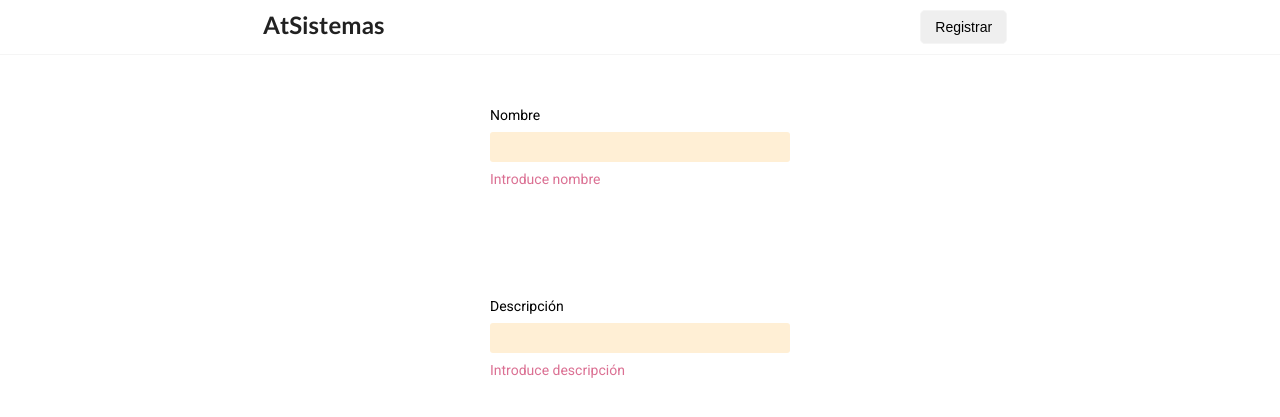
Repository: banchiec/atsistemas
Page: /site/register-site
These files come from the project's save history. The page is drawn as it stood at one moment and after the next save; the edit follows.
The browser window is 1280 px wide. The pictures show the whole page.
The project was rebuilt for these pictures with package versions that can differ from the ones it lists, and the page was loaded fresh each time. Also part of the build but not shown: src/components/SiteCard/SiteCard.js, src/redux/actions/sitesActions.js, src/screens/SiteScreen/SiteScreen.js, src/screens/SiteDetailsScreen/SiteDetailsScreen.js.

Above is the page before, as saved 2022-08-16 14:15:39.

### src/index.js
import React from "react";
import ReactDOM from "react-dom";
import App from "./App";
import store from "./redux/store";
import { Provider } from "react-redux";

ReactDOM.render(
  <React.StrictMode>
    <Provider store={store}>
      <App />
    </Provider>
  </React.StrictMode>,
  document.getElementById("root")
);

### src/App.js
import React from "react";
import { BrowserRouter as Router, Switch, Route } from "react-router-dom";
import SiteScreen from "./screens/SiteScreen/SiteScreen";
import SiteDetailsScreen from './screens/SiteDetailsScreen/SiteDetailsScreen'
import Header from "./components/Header/Header";
import "./App.css";
import RegisterSiteScreen from "./screens/RegisterSiteScreen/RegisterSiteScreen";

function App() {
  return (
    <div className="App">
      <Header/>
      <Router>
        <Switch>
          <Route path="/" exact component={SiteScreen} />
          <Route path="/site/register-site" exact component={RegisterSiteScreen} />
          <Route path="/site/:siteId" exact component={SiteDetailsScreen} />
          <Route>404 Not Found!</Route>
        </Switch>
      </Router>
    </div>
  );
}

export default App;

### src/components/Header/Header.js
import {ContainerHeader} from './headerStyled'

const Header = () => {
  function handleClick(){
    console.log("Object");
  }
	return(
    <ContainerHeader>
      <div>
        <h2>AtSistemas</h2>
      </div>
      <div>
        <button onClick={handleClick}>Registrar</button>
      </div>
    </ContainerHeader>
	)
}
export default Header

### src/App.css
* {
  font-family: "Roboto", sans-serif;
  padding: 0;
  margin: 0;
}

.ui.cards > .card > .image {
  height: 250px;
  padding: 20px;
  background: #fff;
  margin: auto;
}
.ui.cards > .card > .image > img {
  height: 100%;
  max-width: 100%;
  width: auto;
}
.ui.cards > .card > .content > .header {
  height: 48px;
  overflow: hidden;
  margin-bottom: 5px;
}
.ui.cards > .card > .content > .list{
  height: 36px;
  margin-bottom: 0px;
  overflow: hidden;
}
.ui.cards > .card .meta.name{
  margin-bottom: 5px;
  font-size: 18px;
  color: #333;
  font-weight: 600;
}

.ui.cards > .card .meta.name> a {
  font-size: 1.3rem;
  color: #222;
}

.ui.menu.fixed {
  height: 60px;
  padding-top: 15px;
}

.ui.grid.container {
  margin-top: 200px;
}

.ui.grid > .row {
  background: #fff;
}
.ui.grid > .row > .column.lp {
  padding: 20px 40px 20px 20px;
  align-self: flex-start !important;
}
.ui.grid > .row > .column.rp {
  padding: 20px 20px 20px 40px;
  text-align: left;
  align-self: flex-start !important;
}

.ui.grid > .row > .column > img,
.ui.grid > .row > img {
  height: 100%;
}
.ui.placeholder .header:not(:first-child):before,
.ui.placeholder .image:not(:first-child):before,
.ui.placeholder .paragraph:not(:first-child):before {
  display: none;
}

.ui.label,
.ui.labels .label {
  font-size: 22px;
}

.column.rp h1 {
  color: #333;
}
.column.rp p {
  font-size: 18px;
  color: #777;
}
.ui.placeholder.segment .column .button,
.ui.placeholder.segment .column .field,
.ui.placeholder.segment .column textarea,
.ui.placeholder.segment .column > .ui.input {
  background-color: #ff3e6c;
  border: 1px solid #ff3e6c;
  color: #fff;
  font-size: 18px;
  margin-left: 0;
}

### src/screens/RegisterSiteScreen/RegisterSiteScreen.js
import { ContainerRegisterSiteScreen, FormControl, Input, Label, Message } from "./registerSiteScreenStyled"

const RegisterSiteScreen = () => {

	const handleSubmit = () => {
		console.log("object");
	}
	return(
		<ContainerRegisterSiteScreen>
			<FormControl>
				<Label htmlFor="label">Nombre</Label>
				<Input id='label'/>
				<Message>Introduce nombre</Message>
			</FormControl>
			<FormControl>
				<Label htmlFor="label">Descripción</Label>
				<Input id='label'/>
				<Message>Introduce descripción</Message>
			</FormControl>
		</ContainerRegisterSiteScreen>
	)
}
export default RegisterSiteScreen

### src/redux/reducers/index.js
import { combineReducers } from "redux";
import { sitesReducer, selectedSiteReducer } from "./sitesReducer";
const reducers = combineReducers({
  allSites: sitesReducer,
  site: selectedSiteReducer,
});
export default reducers;

### src/components/Header/headerStyled.js
import styled from 'styled-components'

const ContainerHeader = styled.div`
	display: flex;
	flex-direction: row;
	border-bottom: 1px solid whitesmoke;
	justify-content: space-around;
	div {
		padding: 10px;
		button{
			border-radius: 5px;
			padding: 8px 14px 8px 14px;
			border: 1px solid whitesmoke;
			margin: 0px 10px 0px 10px;
			:hover {
				background: black ;
				color: white;
				transition: 1s ease-out;
			}
		}
	}
`
export {
	ContainerHeader
}

### src/screens/RegisterSiteScreen/registerSiteScreenStyled.js
import styled from "styled-components";

export const ContainerRegisterSiteScreen = styled.div`
	display: flex;
	flex-direction: column;
	justify-content: center;
	align-items: center;
`
export const FormControl = styled.div`
	color: palevioletred;
	display: block;
	width: 300px;
	margin: 50px auto;
`
export const Label = styled.label`
	display: block;
	margin-bottom: 0.5em;
	color: black;
`
export const Input = styled.input`
	padding:  0.5em;
	color: black;
	background:  papayawhip;
	border: none;
	border-radius: 3px;
	width: 100%;
	margin-bottom: 0.5em;
`
export const Message = styled.label`
	margin-bottom: 0.5em;
	color: palevioletred;
	display: block;
`

### src/redux/reducers/sitesReducer.js
import { ActionTypes } from "../constants/action-types";
const intialState = {
  sites: [],
};

export const sitesReducer = (state = intialState, { type, payload }) => {
  switch (type) {
    case ActionTypes.SET_SITES:
      return {
        ...state,
        sites: payload
      };
    default:
      return state;
  }
};

export const selectedSiteReducer = (state = {}, { type, payload }) => {
  switch (type) {
    case ActionTypes.SELECTED_SITE:
      return {
        ...state,
        ...payload
      };
    case ActionTypes.REMOVE_SELECTED_SITE:
      return {};
    default:
      return state;
  }
};

### src/redux/constants/action-types.js
export const ActionTypes = {
  FETCH_SITES: 'FETCH_SITES',
  SET_SITES: "SET_SITES",
  SELECTED_SITE: "SELECTED_SITE",
  REMOVE_SELECTED_SITE: "REMOVE_SELECTED_SITE",
};

Loaded but not shown: public/index.html (common file); src/redux/store.js (common file)

After the next save:
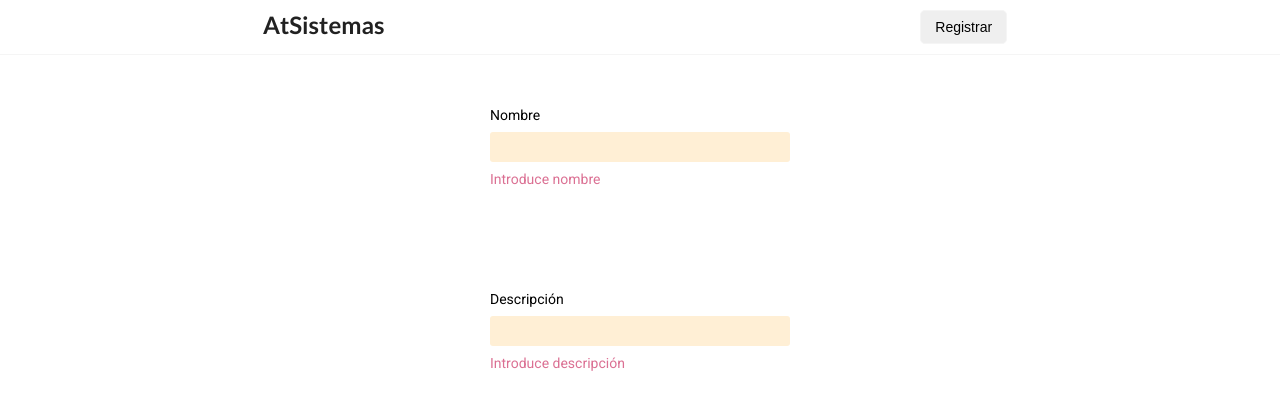
Saved 18 s later.
--- a/src/screens/RegisterSiteScreen/registerSiteScreenStyled.js
+++ b/src/screens/RegisterSiteScreen/registerSiteScreenStyled.js
@@ -27,7 +27,6 @@ export const Input = styled.input`
 	margin-bottom: 0.5em;
 `
 export const Message = styled.label`
-	margin-bottom: 0.5em;
 	color: palevioletred;
 	display: block;
 `
